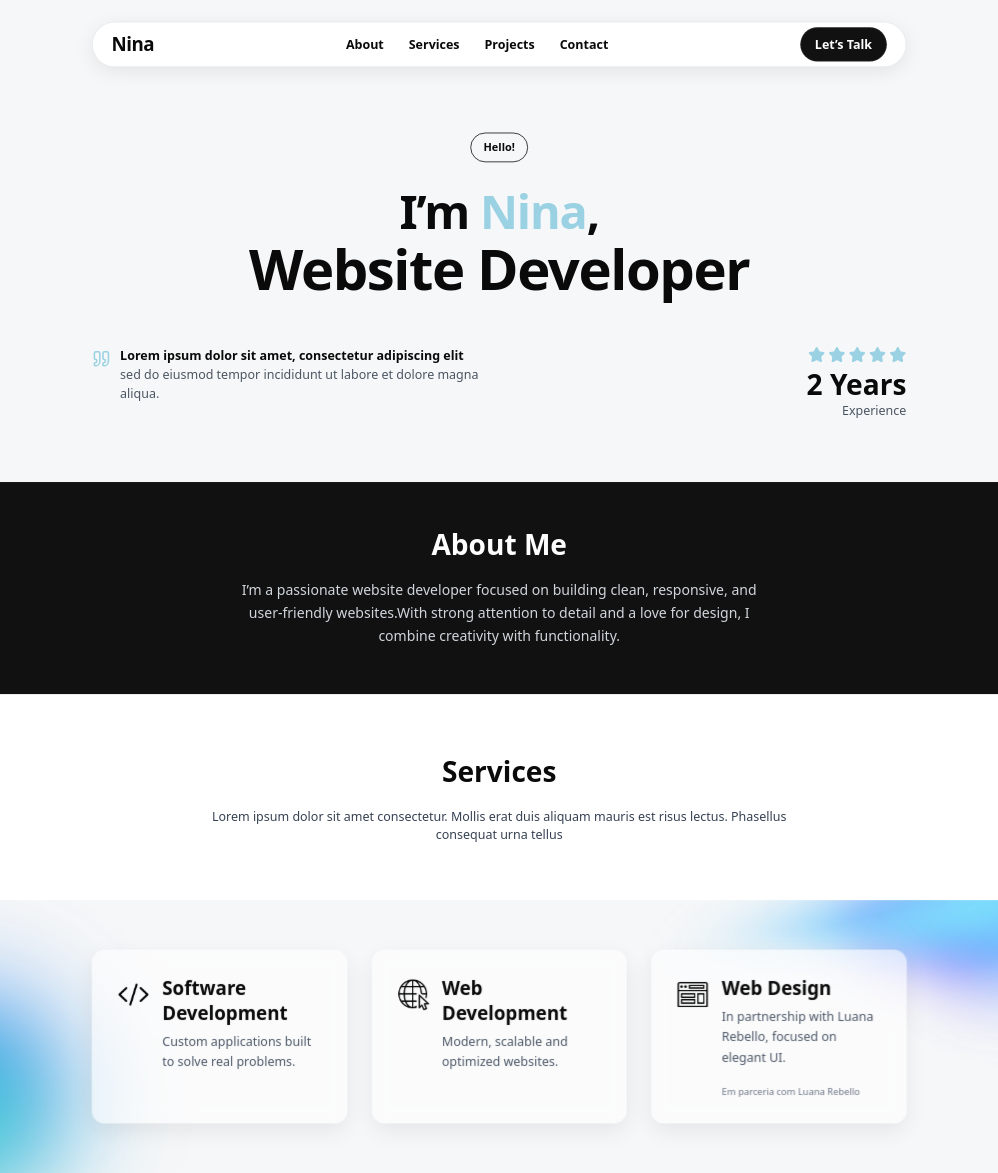
Repository: nina-rebello/portfolio
Page: /
These files come from the project's save history. The page is drawn as it stood at one moment and after the next save; the edit follows.
The browser window is 1280 px wide. The pictures show the whole page, at 78% of full size.
The project was rebuilt for these pictures with package versions that can differ from the ones it lists, and the page was loaded fresh each time. The framework's server and built-in components were replaced by stand-ins that run in the browser. Also part of the build but not shown: next.config.ts.

Above is the page before, as saved 2025-09-11 17:16:04.

After the next save:
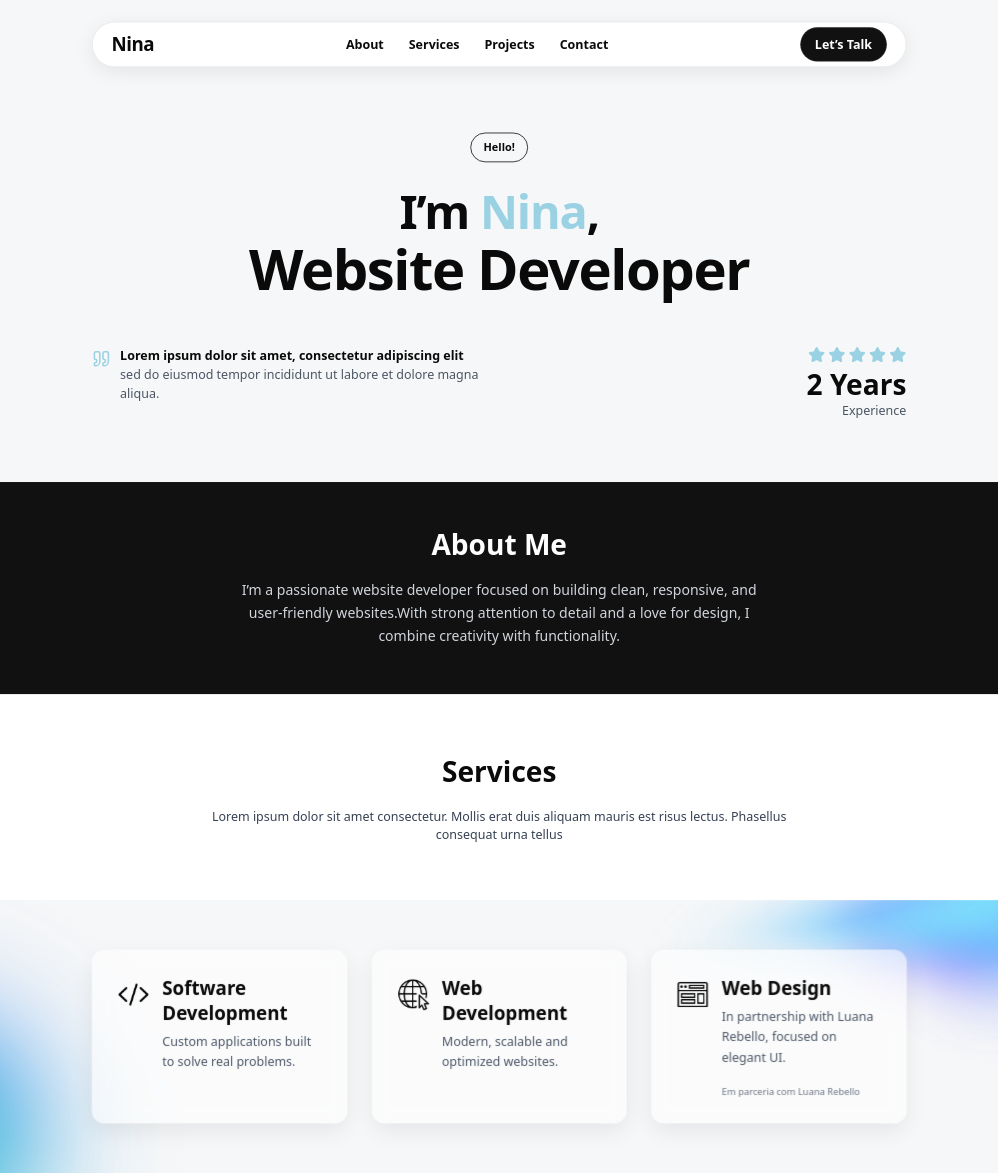
Saved 14 s later.
--- a/components/sections/Services.tsx
+++ b/components/sections/Services.tsx
@@ -36,7 +36,7 @@ export default function Services() {
           alt=""
           width={760}
           height={760}
-          className="absolute top-44 right-235 w-[760px] opacity-70"
+          className="absolute top-44 right-235 w-[860px] opacity-70"
         />
       </div>
 
